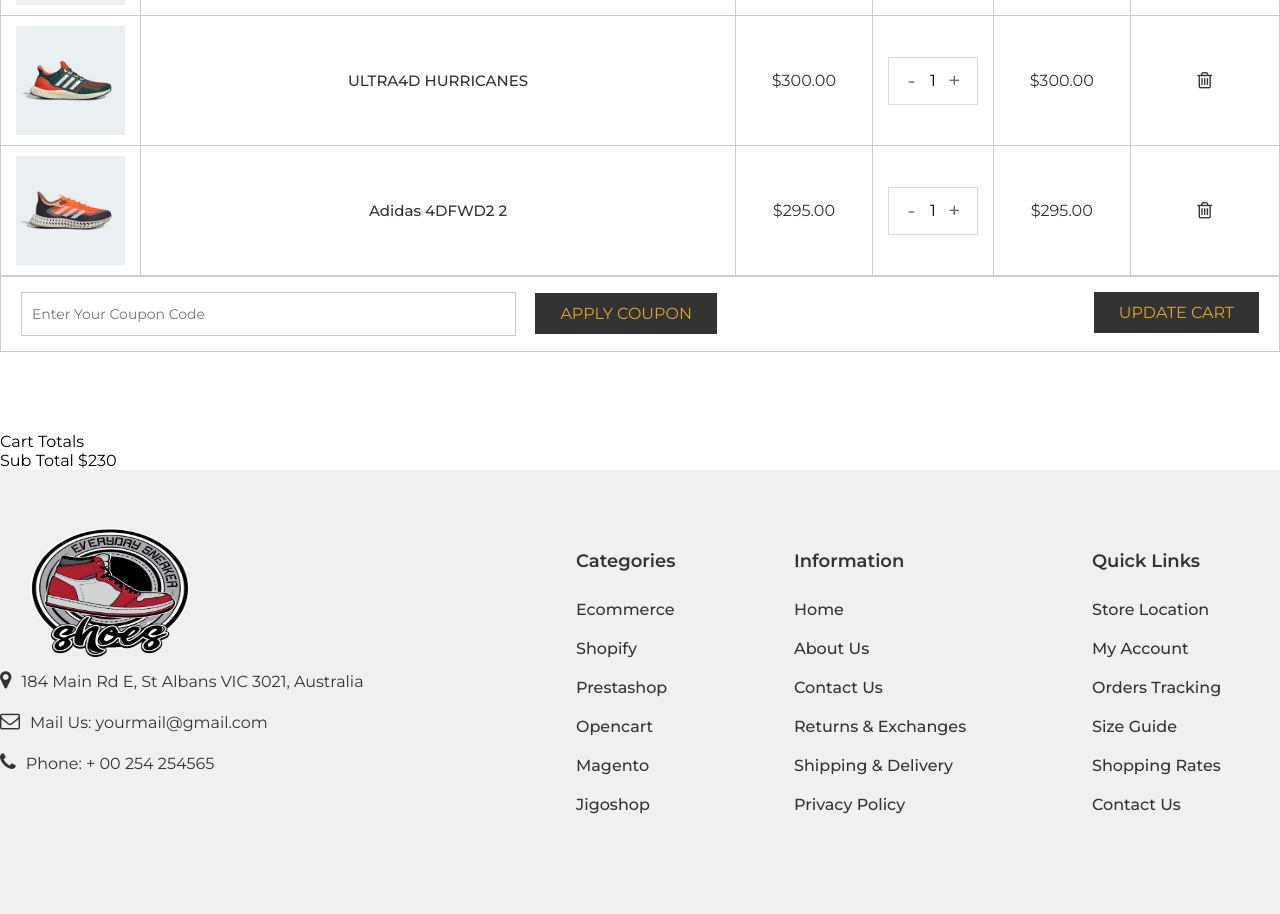
Repository: Toan3333/TranAnhToan
Page: pages/cart.html
An editor plug-in stored every save of this project. The page is shown before and after the next save, followed by the edit.
The browser window is 1280 px wide. The pictures show the part of the page from y = 571 to 1523 px (the page is 1485 px tall before and 1523 px after).

Above is the page before, as saved 2023-02-19 16:27:22.

### pages/cart.html
<!DOCTYPE html>
<html lang="en">
  <head>
    <meta charset="UTF-8" />
    <meta http-equiv="X-UA-Compatible" content="IE=edge" />
    <meta name="viewport" content="width=device-width, initial-scale=1.0" />
    <title>Cart</title>
    <link rel="stylesheet" href="../css/style.css" />
    <link
      rel="stylesheet"
      href="https://cdnjs.cloudflare.com/ajax/libs/font-awesome/4.7.0/css/font-awesome.min.css"
    />
    <link
      href="https://fonts.googleapis.com/css?family=Montserrat:100,200,300,regular,500,600,700,800,900,100italic,200italic,300italic,italic,500italic,600italic,700italic,800italic,900italic"
      rel="stylesheet"
    />
  </head>
  <body>
    <div class="main">
      <div class="container">
        <header class="header">
          <div class="header-logo">
            <a href="../index.html">
              <img src="../img/Logo-removebg-preview.png" alt=""
            /></a>
          </div>
          <nav class="header-menu">
            <a href="../index.html" class="active">Home</a>
            <a href="#">Page</a>
            <a href="../pages/shop.html">Shop</a>
            <a href="../pages/blog.html">Blog</a>
            <a href="../pages/contact.html">Contact Us</a>
          </nav>
          <div class="header-configure">
            <div class="header-icon">
              <a href="#">
                <i class="fa fa-search" aria-hidden="true"></i>
              </a>
              <a href="../pages/login.html">
                <i class="fa fa-user" aria-hidden="true"> </i>
              </a>
              <a href="#">
                <i class="fa fa-cart-arrow-down" aria-hidden="true"> </i>
              </a>
            </div>
          </div>
        </header>
      </div>
      <section class="breadcrumb-bg">
        <div class="container">
          <div class="breadcrubm-main">
            <h1 class="breadcrubm-title">Cart</h1>
            <ul class="breadcrubm">
              <li class="breadcrubm-item">
                <a href="../index.html">Home /</a>
              </li>
              <li class="breadcrubm-item">
                <a class="active" href="./product-detail.html">Cart</a>
              </li>
            </ul>
          </div>
        </div>
      </section>
      <section class="cart">
        <div class="container">
          <table>
            <thead>
              <tr>
                <th class="pro-thumnail">Thumbnail</th>
                <th class="pro-title">Product</th>
                <th class="pro-price">Price</th>
                <th class="pro-quantity">Quantity</th>
                <th class="pro-subtotal">Total</th>
                <th class="pro-remove">Remove</th>
              </tr>
            </thead>
            <tbody>
              <tr>
                <td class="pro-thumnail">
                  <img src="../img/product-shop-1.webp" alt="" />
                </td>
                <td class="pro-title"><a href="#">ULTRA 4D</a></td>
                <td class="pro-price">$295.00</td>
                <td class="pro-quantity">
                  <div class="product-detail__quantity">
                    <div class="quantity cart-quantity">
                      <span class="dec">-</span>
                      <input type="text" value="1" />
                      <span class="inc">+</span>
                    </div>
                  </div>
                </td>
                <td class="pro-subtotal">$295.00</td>
                <td class="pro-remove">
                  <i class="fa fa-trash-o" aria-hidden="true"></i>
                </td>
              </tr>
              <tr>
                <td class="pro-thumnail">
                  <img src="../img/product-shop-2.webp" alt="" />
                </td>
                <td class="pro-title"><a href="">ULTRA4D HURRICANES</a></td>
                <td class="pro-price">$300.00</td>
                <td class="pro-quantity">
                  <div class="product-detail__quantity">
                    <div class="quantity cart-quantity">
                      <span class="dec">-</span>
                      <input type="text" value="1" />
                      <span class="inc">+</span>
                    </div>
                  </div>
                </td>
                <td class="pro-subtotal">$300.00</td>
                <td class="pro-remove">
                  <i class="fa fa-trash-o" aria-hidden="true"></i>
                </td>
              </tr>
              <tr>
                <td class="pro-thumnail">
                  <img src="../img/product-shop-3.webp" alt="" />
                </td>
                <td class="pro-title"><a href="#"> Adidas 4DFWD2 2</a></td>
                <td class="pro-price">$295.00</td>
                <td class="pro-quantity">
                  <div class="product-detail__quantity">
                    <div class="quantity cart-quantity">
                      <span class="dec">-</span>
                      <input type="text" value="1" />
                      <span class="inc">+</span>
                    </div>
                  </div>
                </td>
                <td class="pro-subtotal">$295.00</td>
                <td class="pro-remove">
                  <i class="fa fa-trash-o" aria-hidden="true"></i>
                </td>
              </tr>
            </tbody>
          </table>
          <div class="cart-update">
            <div class="cart-apply__coupon">
              <form action="">
                <div class="cart-apply__input">
                  <input type="text" placeholder="Enter Your Coupon Code" />
                  <button class="cart-apply__btn">Apply Coupon</button>
                </div>
              </form>
            </div>
            <div class="cart-apply__update-cart">
              <button class="cart-apply__btn">Update Cart</button>
            </div>
          </div>
        </div>
      </section>
      <section class="cart-total">
        <div class="container">
          <div class="cart-total__box">
            <h3 class="cart-total__title">Cart Totals</h3>
            <div class="cart-calculate">
              <div class="cart-calculate__left">
                Sub Total <span>$230</span>
              </div>
            </div>
          </div>
        </div>
      </section>
      <footer class="footer">
        <div class="container">
          <div class="footer-left">
            <div class="footer-column">
              <div class="footer-logo">
                <img src="../img/Logo-removebg-preview.png" alt="Logo" />
              </div>
            </div>
            <div class="footer-content">
              <ul class="footer-menu">
                <li>
                  <i class="fa fa-map-marker" aria-hidden="true"></i>184 Main Rd
                  E, St Albans VIC 3021, Australia
                </li>
                <li>
                  <i class="fa fa-envelope-o" aria-hidden="true"></i>Mail Us:
                  yourmail@gmail.com
                </li>
                <li>
                  <i class="fa fa-phone" aria-hidden="true"></i>Phone: + 00 254
                  254565
                </li>
              </ul>
            </div>
          </div>
          <div class="footer-right">
            <div class="footer-col mr">
              <h5 class="footer-title">Categories</h5>
              <div class="footer-content">
                <ul class="footer-menu">
                  <li class="footer-list">
                    <a href="#" class="footer-link">Ecommerce</a>
                  </li>
                  <li class="footer-list">
                    <a href="#" class="footer-link">Shopify </a>
                  </li>
                  <li class="footer-list">
                    <a href="#" class="footer-link">Prestashop</a>
                  </li>
                  <li class="footer-list">
                    <a href="#" class="footer-link">Opencart </a>
                  </li>
                  <li class="footer-list">
                    <a href="#" class="footer-link">Magento</a>
                  </li>
                  <li class="footer-list">
                    <a href="#" class="footer-link">Jigoshop</a>
                  </li>
                </ul>
              </div>
            </div>
            <div class="footer-col mr">
              <h5 class="footer-title">Information</h5>
              <div class="footer-content">
                <ul class="footer-menu">
                  <li class="footer-list">
                    <a href="#" class="footer-link">Home</a>
                  </li>
                  <li class="footer-list">
                    <a href="#" class="footer-link">About Us</a>
                  </li>
                  <li class="footer-list">
                    <a href="#" class="footer-link">Contact Us</a>
                  </li>
                  <li class="footer-list">
                    <a href="#" class="footer-link">Returns & Exchanges</a>
                  </li>
                  <li class="footer-list">
                    <a href="#" class="footer-link">Shipping & Delivery</a>
                  </li>
                  <li class="footer-list">
                    <a href="#" class="footer-link">Privacy Policy</a>
                  </li>
                </ul>
              </div>
            </div>
            <div class="footer-col ml">
              <h5 class="footer-title">Quick Links</h5>
              <div class="footer-content">
                <ul class="footer-menu">
                  <li class="footer-list">
                    <a href="#" class="footer-link">Store Location</a>
                  </li>
                  <li class="footer-list">
                    <a href="#" class="footer-link">My Account</a>
                  </li>
                  <li class="footer-list">
                    <a href="#" class="footer-link">Orders Tracking</a>
                  </li>
                  <li class="footer-list">
                    <a href="#" class="footer-link">Size Guide</a>
                  </li>
                  <li class="footer-list">
                    <a href="#" class="footer-link">Shopping Rates </a>
                  </li>
                  <li class="footer-list">
                    <a href="#" class="footer-link">Contact Us </a>
                  </li>
                </ul>
              </div>
            </div>
          </div>
        </div>
      </footer>
    </div>
  </body>
</html>

Loaded but not shown: css/style.css (1500 lines, source omitted)

After the next save:
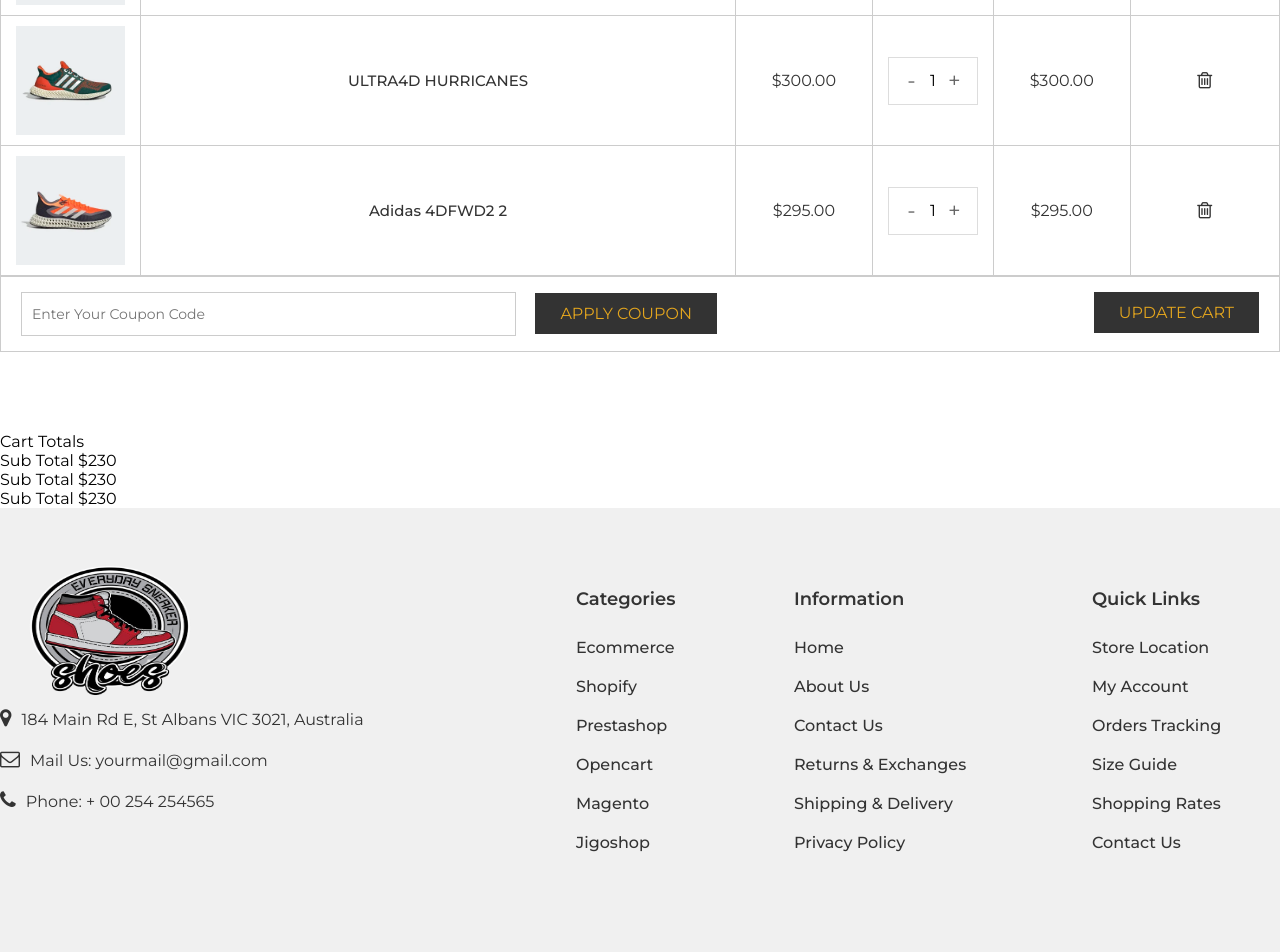
Saved 15 s later.
--- a/pages/cart.html
+++ b/pages/cart.html
@@ -161,6 +161,16 @@
                 Sub Total <span>$230</span>
               </div>
             </div>
+            <div class="cart-calculate">
+              <div class="cart-calculate__left">
+                Sub Total <span>$230</span>
+              </div>
+            </div>
+            <div class="cart-calculate">
+              <div class="cart-calculate__left">
+                Sub Total <span>$230</span>
+              </div>
+            </div>
           </div>
         </div>
       </section>
